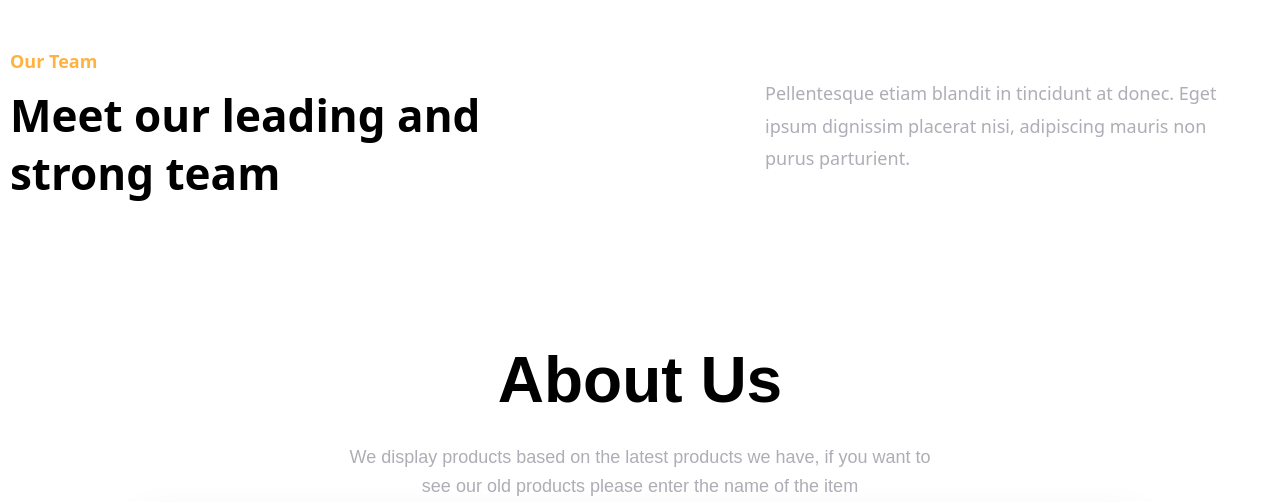
Repository: archis-academy/december-frontend-lalasia-2025
Page: /AboutUs
The author's editor kept a copy of each file at every save. The page is drawn from the files as they stood at one save, then again after the next save.
The browser window is 1280 px wide. The pictures show the part of the page from y = 0 to 502 px (the page is 1587 px tall).
Pictures or frames that could not be fetched are drawn as grey boxes. The page's requests for data from a server got no answer. Some web fonts or font styles are not loaded; a fallback is used. The project was rebuilt for these pictures with package versions that can differ from the ones it lists, and the page was loaded fresh each time. No one was signed in, and anything a server would have sent is missing. Also part of the build but not shown: vite.config.ts, src/components/welcome/benefits.scss, src/components/welcome/benefitsd.tsx, src/components/Article/Article.module.scss, src/components/Article/ArticleCard.module.scss, src/components/CustomButton/CustomButton.tsx, src/components/Arrow/Arrow.tsx, src/components/Article/ArticleCard.tsx and 19 more.

Above is the page before, as saved 2026-02-04 20:47:58.

After the next save:
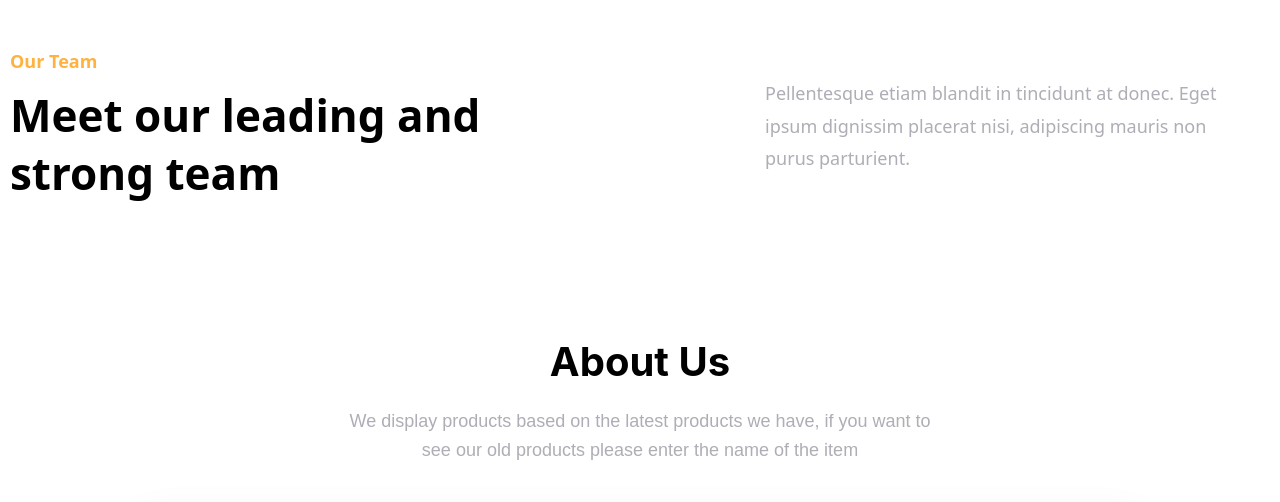
Saved 20 s later.
--- a/src/components/HeroSection/HeroSection.scss
+++ b/src/components/HeroSection/HeroSection.scss
@@ -15,8 +15,7 @@
     margin-bottom: 50px;
 
     .title {
-        font-family: sans-serif;
-      font-size: 64px;
+      font-size: 2.5rem;
       font-weight: 700;
       color: black;
       margin-bottom: 15px;
